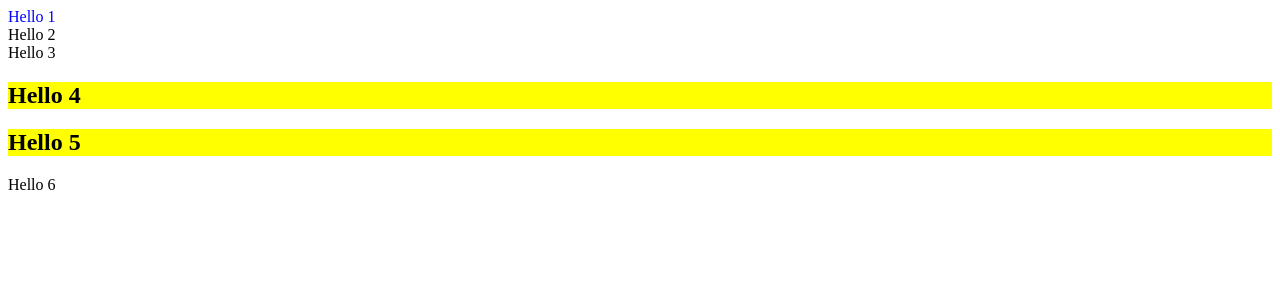
Repository: iyhong/spring_openAPI_lecture
Page: jquerytest/WebContent/jquery1.html
These files come from the project's save history. The page is drawn as it stood at one moment and after the next save; the edit follows.
The browser window is 1280 px wide. The pictures show the whole page.

Above is the page before, as saved 2021-06-02 02:05:01.

After the next save:
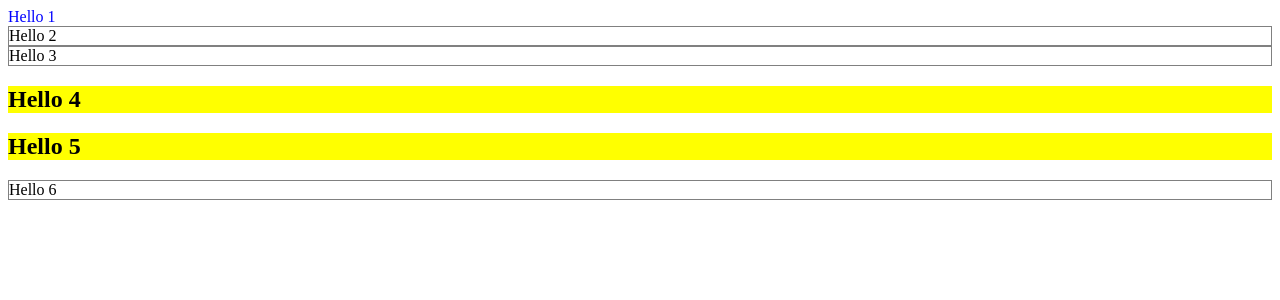
Saved 2 min 44 s later.
--- a/jquerytest/WebContent/jquery1.html
+++ b/jquerytest/WebContent/jquery1.html
@@ -8,7 +8,7 @@
 $(function() {
 	$("#a").css("color","blue")
 	$("h2").css("background-color", "yellow")
-
+	$(".test").css("border", "solid 1px gray")
 })
 </script>
 </head>
